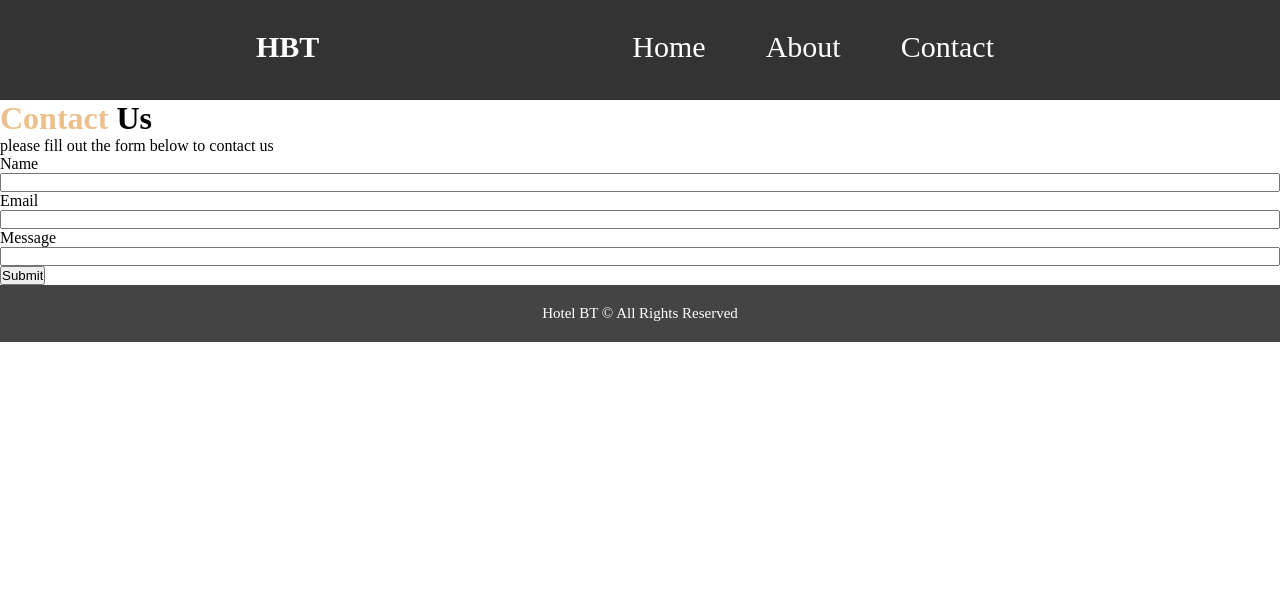
Repository: reemoon-ctrl/hotel-website
Page: 35 - hotel-website/contact.html
These files come from the project's save history. The page is drawn as it stood at one moment and after the next save; the edit follows.
The browser window is 1280 px wide. The pictures show the whole page.

Above is the page before, as saved 2024-07-22 09:32:36.

### 35 - hotel-website/contact.html
<!DOCTYPE html>
<html lang="en">
<head>
    <meta charset="UTF-8">
    <meta name="viewport" content="width=device-width, initial-scale=1.0">
    <title>HBT | Hotel Website</title>
    <link rel="stylesheet" href="index.css"/>
</head>
<body>
    <header>
        <ul class="nav-bar">
            <li class="title"><a href="index.html">HBT</a></li>
            <div class="bag-nav-row" >
            <li class="bag-nav"><a href=" ">Contact</a></li>
            <li class="bag-nav"><a href="">About</a></li>
            <li class="bag-nav"><a href="index.html">Home</a></li>
            </div>
        </ul>
    </header>

    <main>
        <div>
            <form action="#">
                <h1><span class="fword">Contact </span>Us</h1>
                <p>please fill out the form below to contact us</p>
                <div class="form-label">
                    <label for="name">Name</label>
                    <input type="text">

                </div>
                <div class="form-label">
                    <label for="Email">Email</label>
                    <input type="text">
                </div>
                <div class="form-label">
                    <label for="Message">Message</label>
                    <input type="text">

                </div>
                <input type="submit">
            </form>
        </div>

    </main>

    <footer>
        <p>Hotel BT &copy; All Rights Reserved</p>

    </footer>

</body>
</html>

### 35 - hotel-website/index.css
*{
    padding: 0px;
    margin: 0px;
    box-sizing: border-box;

}
.nav-bar{
    list-style:none;
    overflow: auto;
    /* clear:both; */
    background: #333333;
    font-size: 20px;
    text-align: center;
    height: 100px;

}

.bag-nav-row{
    margin-right: 20%;
}
.title{
    float: left;
    margin-left: 20%;
    font-weight: bold;
    font-size:30px ;

    text-align: center;
    padding:30px 0px;

}
.title  a{
    text-decoration: none;
    color:#fff
}


.bag-nav{
    float: right;
    font-size: 30px;

}
.bag-nav-row li a{
    text-decoration: none;
    padding: 30px 30px 30px 30px;
    display: inline-block;
    color: #fff;
}

.bag-nav-row li a:hover{
    background: #444444;
    color:#ecc08a;
}
.bag-nav-row li a:active{
    background: #444444;
    color:#ecc08a;
}


.mainheader{
     background-image: url("img/showcase.jpg")  ;
   /* background-size:cover;


    height: 600px; */


  background-color: #cccccc;
  height: 600px;
  background-position: center;
  background-repeat: no-repeat;
  background-size: cover;
  position: relative;
}
.mainheadertxt{
    margin: auto;
    top:50%;
    position:relative;
    text-align: center;
    /* margin-top: 20px; */
    color:#fff;
}
.mainheadertxt h3{
    font-size:xx-large;

}

.mainheadertxt p{
    margin:20px;
}
.mainheadertxt a{
    position:relative;
    display: block;
    width: fit-content;
    background: #444444;
    text-decoration:none ;
    color: #fff;
    top:50%;
    margin:auto;


    padding: 20px;
}
.fword{
    color:#ecc08a
}
.main-content{
    width:100%;
    height:300px;
    overflow: auto;
    background: #444444;
    color: #fff;
}
.hotelimg{
    width:50%;
    float:left;
    height:300px;

}
.hotel-disc{
    width:50%;
    float:right;
    text-align: center;
    /* margin-top:px; */
    line-height: 1.5;
    padding:20px;

}
.hotel-disc h3{
    font-size: xx-large;
    margin-bottom: 20px;
}
.hotel-disc a{
    position:relative;
    display: block;
    width: fit-content;

    text-decoration:none ;
    color: #333333;
    padding: 15px;
    margin:auto;
    margin-top: 20px;
    background: #fff;

}

.aside-bar{
    height: 300px;
    overflow: auto;
    clear:both;

}
.ul{
    list-style: none;
    text-align: center;
    margin:auto;
    height:300px;
}
.fli{
    padding: 60px;
    margin: auto;
    float: left;
    width:33%;
    height: 300px;
    padding: 90px 20px;
}
.fli h4{
    font-size: 25px;
    margin-bottom: 20px;
}
.sli h4{
    font-size: 25px;
    margin-bottom: 20px;
}
.thli h4{
    font-size: 25px;
    margin-bottom: 20px;
}
.sli{
    float:left;
    width:33%;
    background-color:#ecc08a;
    height: 300px;
    padding: 90px 20px;

}
.thli{
    float:right;
    width:33%;
    height: 300px;
    margin: auto;
    height: 300px;
    padding: 90px 20px;
}

footer p{
    text-align: center;
    font-size: 15px;
    color: #fff;
    background: #444444;
    padding: 20px;
}
/* ///////////////about website////////////////// */
.s-header{
    overflow: auto;
    clear: both;
    margin: auto;
    margin: 50px 20%;
    /* height: 500px; */
}
.header-content{
    float:left;
    width:40%;

}
.header-content h1{
    font-size: 50px;
}
.header-content p{
    font-size: 28px;
    margin-top: 20px;
    line-height: 1.3;
}
.hotel-img2{
    height:400px;
    width: 40%;
    float: right;
    border-radius:50%;
}
.comment{
    overflow: auto;
    background:#ecc08a;
    margin: 20px 20%;
    border-radius: 20px;

}
.aside-content{
    background-image: url(img/test-bg.jpg) ;
    background-color: #cccccc;
    height:900px;
    background-position: center;
    background-repeat: no-repeat;
    background-size: cover;
    position: relative;
    width: 100%;



}
.aside-content h1{
    margin: 20px 20%;
    text-align: center;
    color: #FFF;
    font-size: 50px;
    padding-top: 100px;
    padding-bottom: 50px;

}
.comment img{
    padding-top: 30px;
width:200px ;
height:200px ;
border-radius: 200px;
float: left;
padding-right: 20px;
padding-left: 20px;
margin-bottom: 50px;
}
.comment p{
padding-top: 70px;
font-size: 28px;
color: #333333;


}
/* ///////////////about style///////////// */
.form-label label{
    display: block;
}
.form-label input{
    width:100%;
}
form-label{
    font-size: 35px;
}

After the next save:
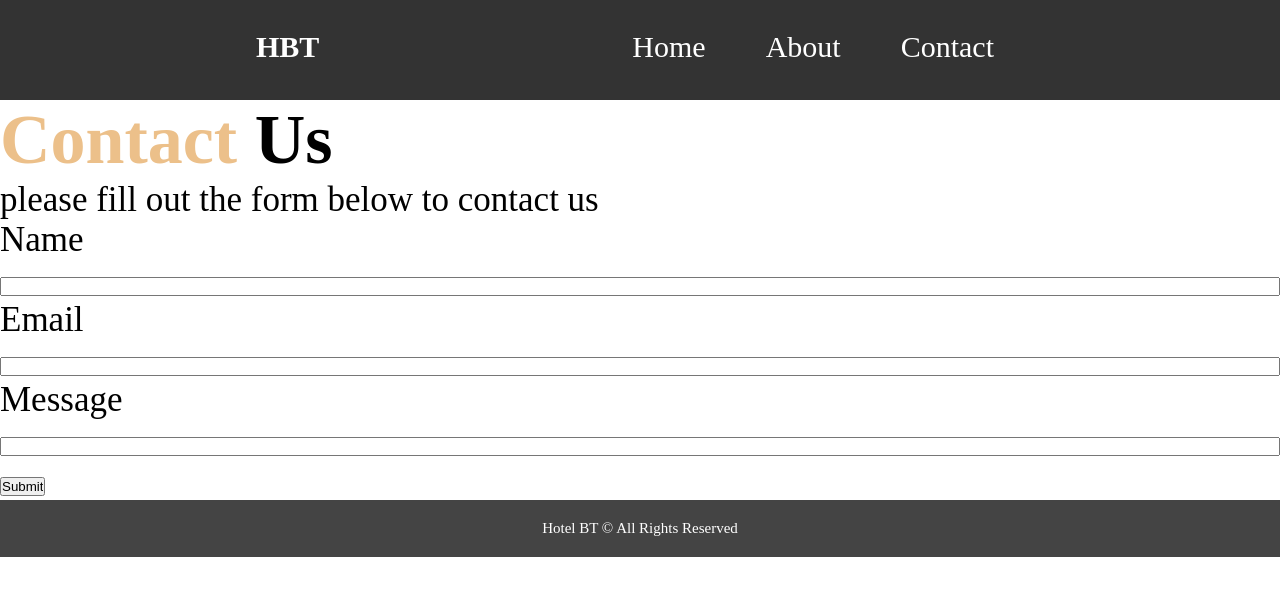
Saved 4 s later.
--- a/35 - hotel-website/index.css
+++ b/35 - hotel-website/index.css
@@ -279,6 +279,6 @@ color: #333333;
 .form-label input{
     width:100%;
 }
-form-label{
+form{
     font-size: 35px;
 }
